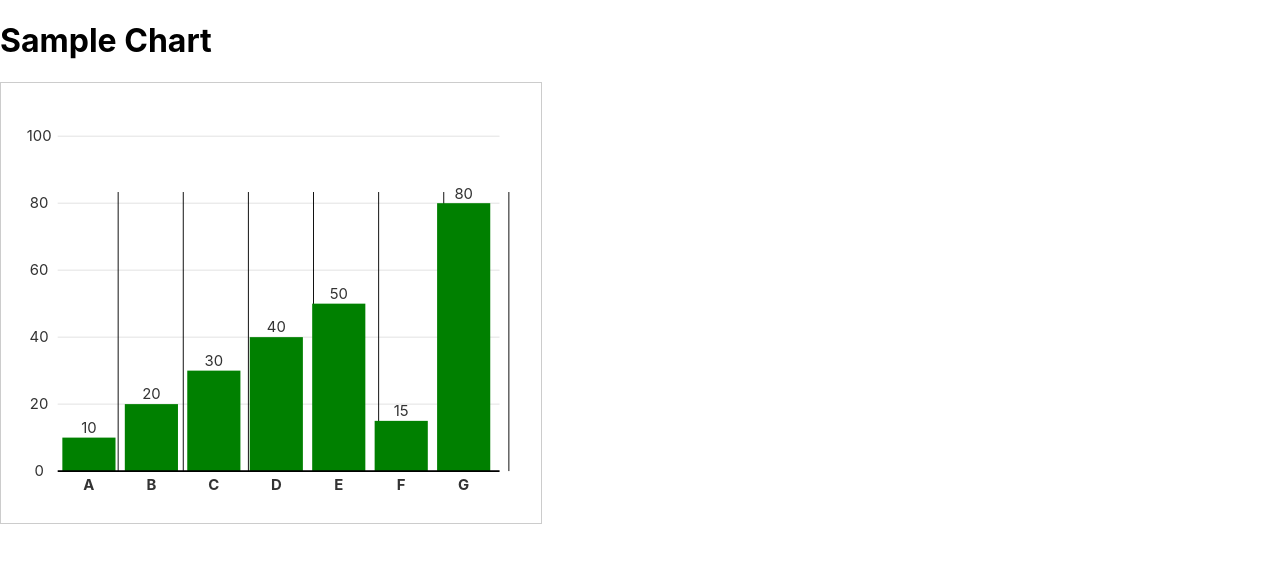
Repository: CaptainJang316/GChart
Page: /
The author's editor kept a copy of each file at every save. The page is drawn from the files as they stood at one save, then again after the next save.
The browser window is 1280 px wide. The pictures show the whole page.
The project was rebuilt for these pictures with package versions that can differ from the ones it lists, and the page was loaded fresh each time. Also part of the build but not shown: src/App.css.

Above is the page before, as saved 2024-11-09 17:21:49.

After the next save:
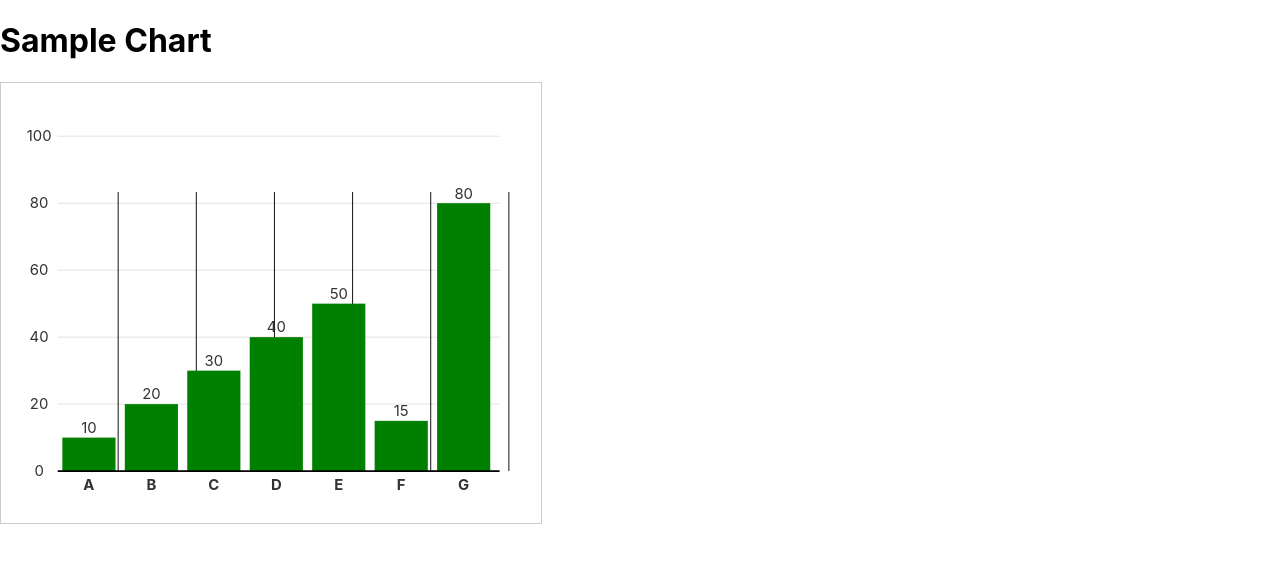
Saved 75 s later.
--- a/src/components/Axis/useAxis.ts
+++ b/src/components/Axis/useAxis.ts
@@ -22,7 +22,7 @@
     const scales = useMemo(() => {
         // X축 스케일 설정
         const xScale = scaleLinear()
-            .domain([0, data.length - 1])
+            .domain([0, data.length - 2])
             .range([horizontalPadding, width - horizontalPadding]);
 
         // Y축 스케일 설정

After the save that followed:
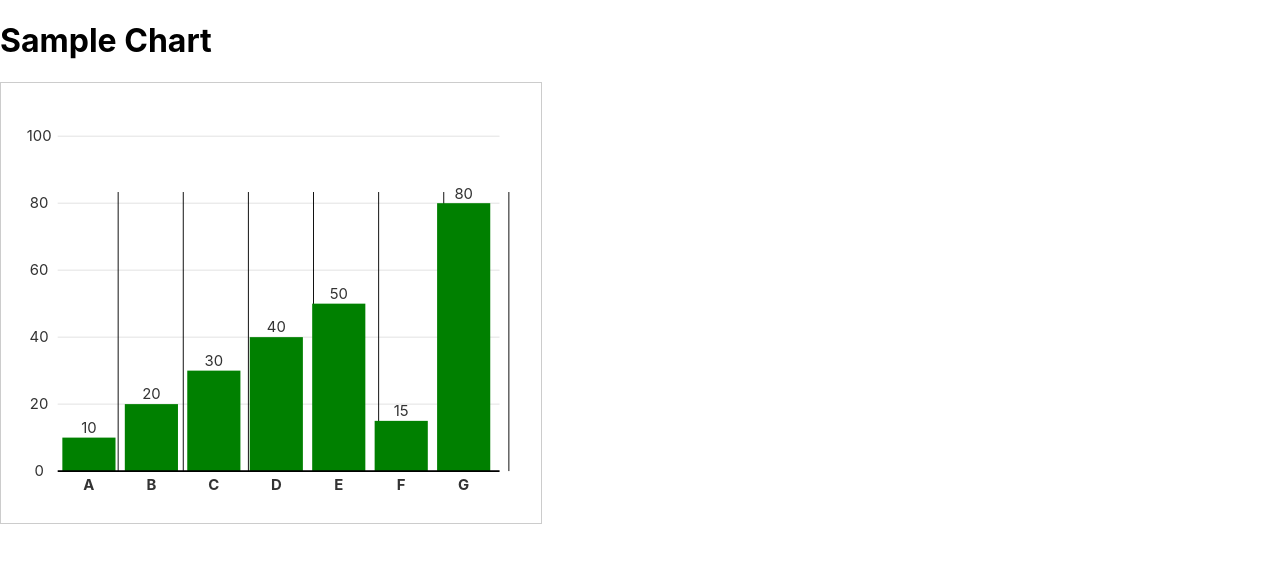
Saved 4 s later.
--- a/src/components/Axis/useAxis.ts
+++ b/src/components/Axis/useAxis.ts
@@ -22,7 +22,7 @@
     const scales = useMemo(() => {
         // X축 스케일 설정
         const xScale = scaleLinear()
-            .domain([0, data.length - 2])
+            .domain([0, data.length - 1])
             .range([horizontalPadding, width - horizontalPadding]);
 
         // Y축 스케일 설정
